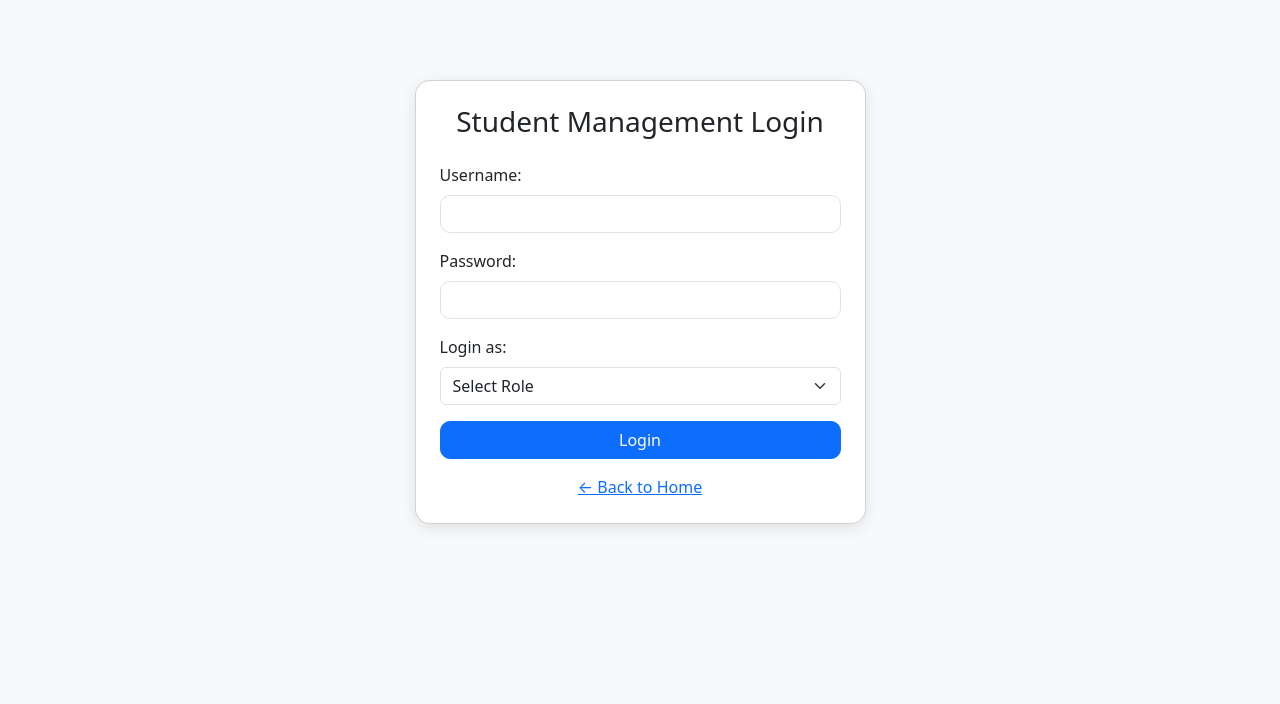
Repository: BorudePiyush/StudentMANAGEMENTSystem-using-java
Page: http://localhost/Student_management_systems/login.jsp
An editor plug-in stored every save of this project. The page is shown before and after the next save, followed by the edit.
The browser window is 1280 px wide. The pictures show the whole page.
The page is served by Tomcat 10. Other server files are loaded and not shown.

Above is the page before, as saved 2025-06-09 14:39:47.

### Student management systems/src/main/webapp/login.jsp
<%@ page contentType="text/html;charset=UTF-8" language="java" %>
<!DOCTYPE html>
<html lang="en">
<head>
    <meta charset="UTF-8">
    <title>Login - Student Management System</title>
    <link href="https://cdn.jsdelivr.net/npm/bootstrap@5.3.2/dist/css/bootstrap.min.css" rel="stylesheet" />
    <style>
        body {
            background: #f8f9fa;
        }
        .login-container {
            margin-top: 80px;
        }
        .card {
            border-radius: 15px;
            box-shadow: 0px 4px 15px rgba(0,0,0,0.1);
        }
        .form-control {
            border-radius: 10px;
        }
        .btn {
            border-radius: 10px;
        }
    </style>
</head>
<body>

<div class="container login-container">
    <div class="row justify-content-center">
        <div class="col-md-5">
            <div class="card p-4">
                <h3 class="text-center mb-4">Student Management Login</h3>

                <%
                    String error = request.getParameter("error");
                    if ("invalid".equals(error)) {
                %>
                    <div class="alert alert-danger text-center" role="alert">
                        Invalid username or password.
                    </div>
                <%
                    }
                %>

                <form action="LoginServlet" method="post">
                    <div class="mb-3">
                        <label for="username" class="form-label">Username:</label>
                        <input type="text" class="form-control" id="username" name="username" required>
                    </div>

                    <div class="mb-3">
                        <label for="password" class="form-label">Password:</label>
                        <input type="password" class="form-control" id="password" name="password" required>
                    </div>

                    <div class="mb-3">
                        <label for="role" class="form-label">Login as:</label>
                        <select class="form-select" id="role" name="role" required>
                            <option value="">Select Role</option>
                            <option value="admin">Admin</option>
                            <option value="faculty">Faculty</option>
                            <option value="student">Student</option>
                        </select>
                    </div>

                    <div class="d-grid">
                        <button type="submit" class="btn btn-primary">Login</button>
                    </div>
                </form>

                <div class="text-center mt-3">
                    <a href="index.jsp">← Back to Home</a>
                </div>
            </div>
        </div>
    </div>
</div>

</body>
</html>

After the next save:
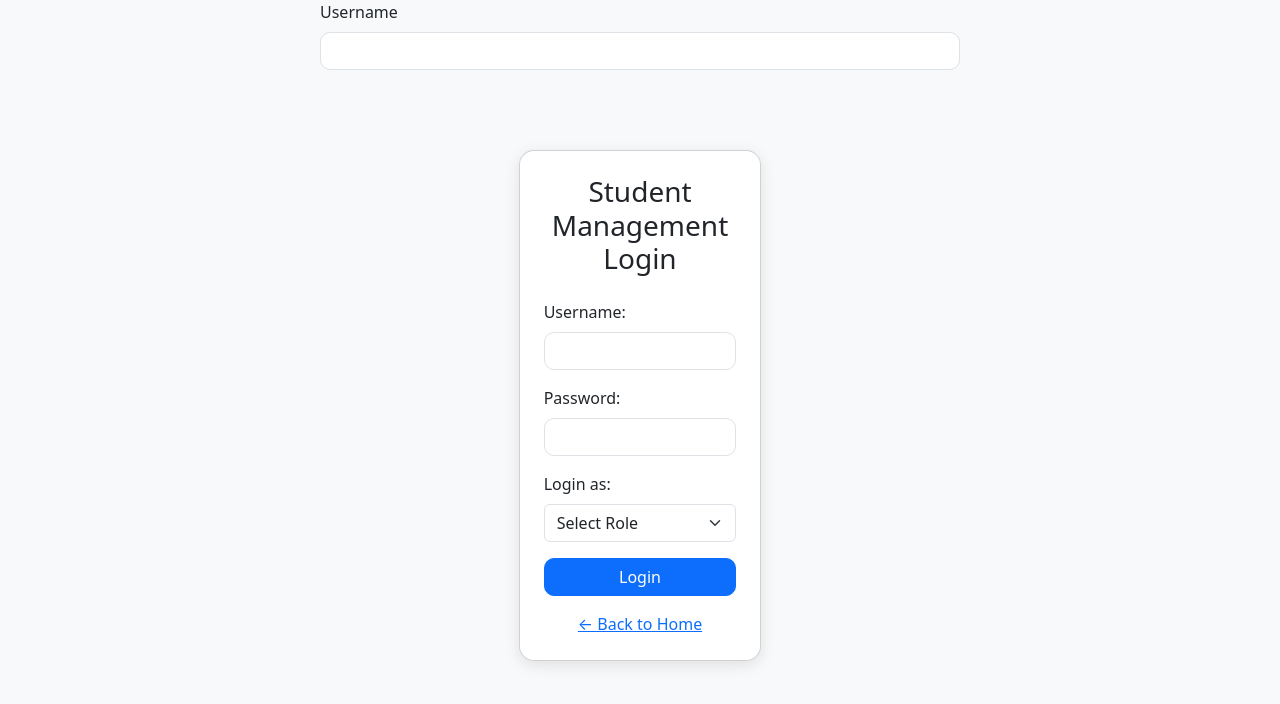
Saved 3 min 20 s later.
--- a/Student management systems/src/main/webapp/login.jsp
+++ b/Student management systems/src/main/webapp/login.jsp
@@ -25,6 +25,11 @@
     </style>
 </head>
 <body>
+ <form action="LoginServlet" method="post" class="w-50 mx-auto">
+      <div class="mb-3">
+        <label for="username" class="form-label">Username</label>
+        <input type="text" class="form-control" id="username" name="username" required />
+      </div>
 
 <div class="container login-container">
     <div class="row justify-content-center">
